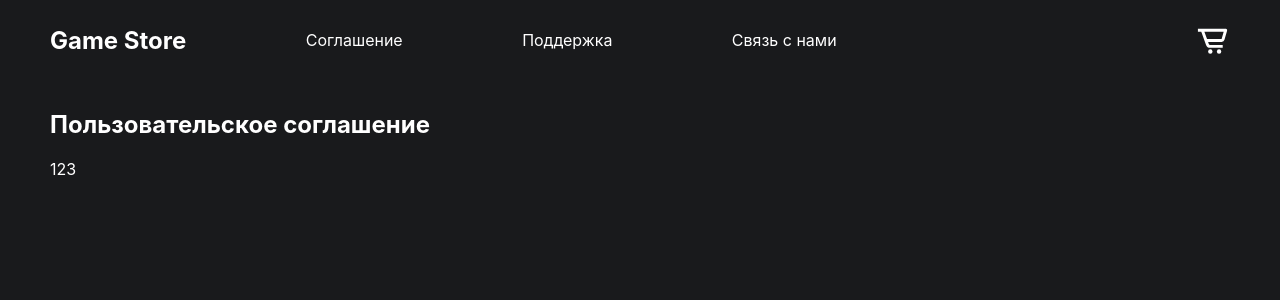
Repository: Minkeani/GameStore
Page: /agreement
The author's editor kept a copy of each file at every save. The page is drawn from the files as they stood at one save, then again after the next save.
The browser window is 1280 px wide. The pictures show the whole page.
The project was rebuilt for these pictures with package versions that can differ from the ones it lists, and the page was loaded fresh each time. Also part of the build but not shown: src/components/ItemsInCart/ItemsInCart.css, src/components/ItemsInCart/ItemsInCart.jsx, src/components/CartMenu/CartMenu.css, src/components/Btn/Btn.css, src/components/Btn/Btn.jsx, src/components/CartItem/CartItem.css, src/components/CartItem/CartItem.jsx, src/components/utils/utils.js and 19 more.

Above is the page before, as saved 2022-09-11 10:31:53.

After the next save:
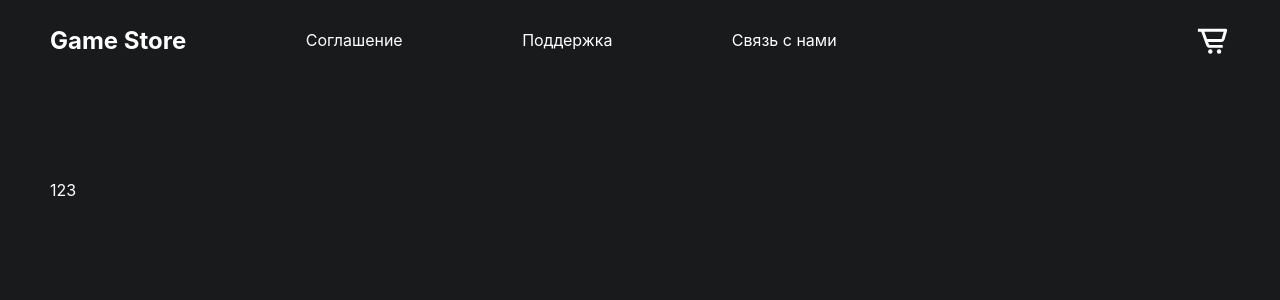
Saved 17 s later.
--- a/src/components/Agreement/Agreement.jsx
+++ b/src/components/Agreement/Agreement.jsx
@@ -1,11 +1,12 @@
 import React from 'react';
 import Title from '../Ui/Title/Title';
+import BigTitle from '../Ui/BigTitle/BigTitle';
 import './Agreement.css'
 
 const Agreement = () => {
     return (
         <div>
-            <h2>Пользовательское соглашение</h2>
+            <BigTitle>Пользовательское соглашение</BigTitle>
             <Title>123</Title>
         </div>
     );
